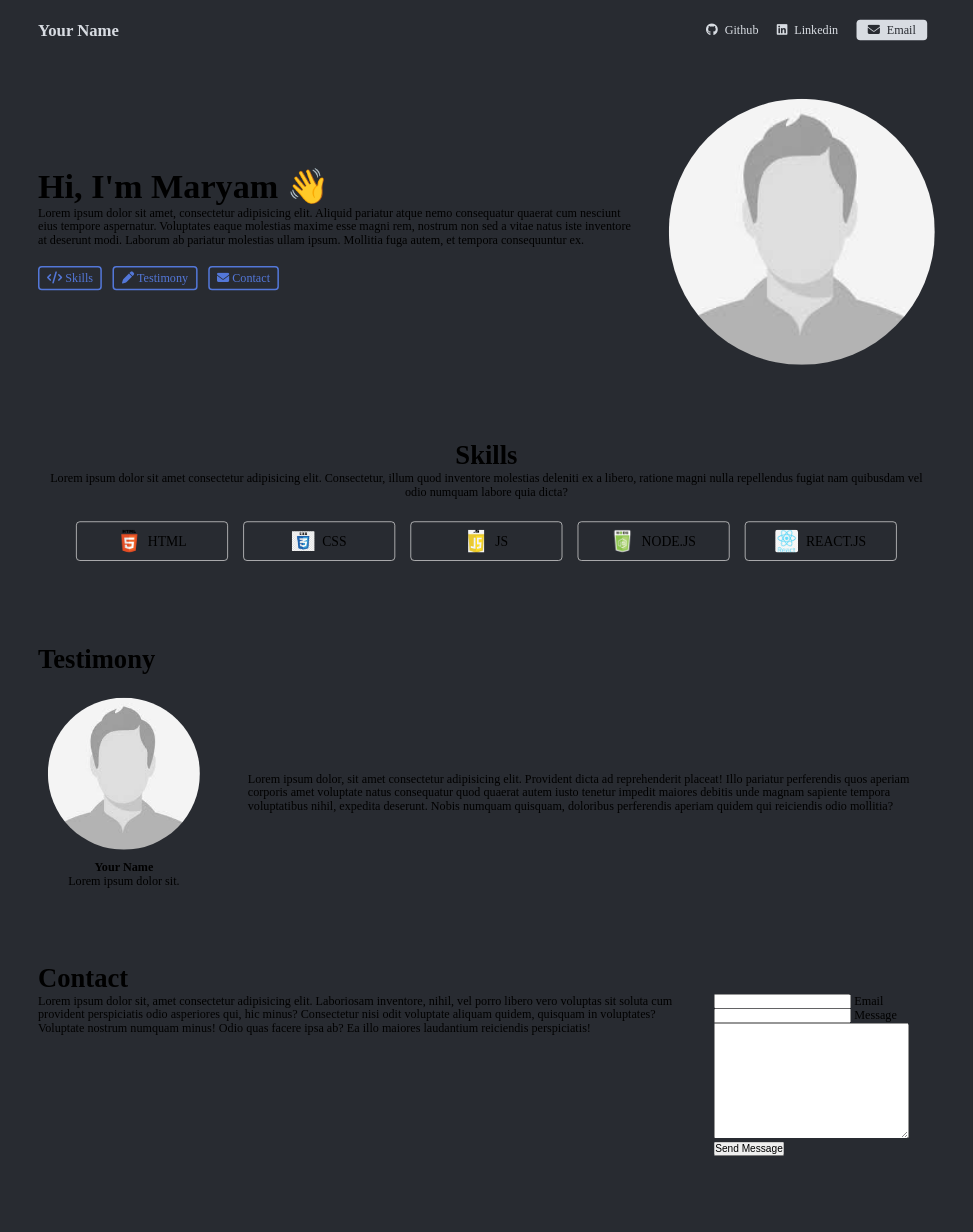
Repository: MaramMaryam/my-portfolio-test
Page: index.html
An editor plug-in stored every save of this project. The page is shown before and after a run of saves, followed by the edit.
The browser window is 1280 px wide. The pictures show the whole page, at 76% of full size.
Some web libraries are served in a nearby version.

Above is the page before, as saved 2024-09-20 19:30:23.

### index.html
<!DOCTYPE html>
<html lang="en">

<head>
    <meta charset="UTF-8">
    <meta name="viewport" content="width=device-width, initial-scale=1.0">

    <link rel="preconnect" href="https://fonts.googleapis.com">
    <link rel="preconnect" href="https://fonts.gstatic.com" crossorigin>
    <link
        href="https://fonts.googleapis.com/css2?family=Poppins:ital,wght@0,100;0,200;0,300;0,400;0,500;0,600;0,700;0,800;0,900;1,100;1,200;1,300;1,400;1,500;1,600;1,700;1,800;1,900&display=swap"
        rel="stylesheet">

    <link rel="stylesheet" href="https://cdnjs.cloudflare.com/ajax/libs/font-awesome/6.6.0/css/all.min.css"
        integrity="sha512-Kc323vGBEqzTmouAECnVceyQqyqdsSiqLQISBL29aUW4U/M7pSPA/gEUZQqv1cwx4OnYxTxve5UMg5GT6L4JJg=="
        crossorigin="anonymous" referrerpolicy="no-referrer" />

    <link rel="stylesheet" href="styles.css">
    <title>My Portfolio</title>
</head>

<body>
    <!--navbar-->
    <nav>
        <div class="left">
            <a href="/"> Your Name </a>
        </div>
        <div class="right">
            <a href="http://github.com" target="_blank" rel="">
                <i class="fa-brands fa-github"></i>
                <span>Github</span>
            </a>

            <a href="http://linkedin.com" target="_blank" rel="">
                <i class="fa-brands fa-linkedin"></i>
                <span>Linkedin</span>
            </a>

            <a href="mailto:example@gmail.com">
                <i class="fa-solid fa-envelope"></i>
                <span>Email</span>
            </a>
        </div>
    </nav>
    <main>
        <!--section1-->
        <section class="hero-section">
            <div class="text">
                <h2>Hi, I'm Maryam 👋</h2>
                <p>Lorem ipsum dolor sit amet, consectetur adipisicing elit.
                    Aliquid pariatur atque nemo consequatur quaerat cum nesciunt eius tempore aspernatur.
                     Voluptates eaque molestias maxime esse magni rem, nostrum non sed a vitae natus iste inventore at deserunt modi.
                    Laborum ab pariatur molestias ullam ipsum.
                    Mollitia fuga autem, et tempora consequuntur ex.</p>

                    <div class="links">
                        <a href="#skills">
                            <i class="fa-solid fa-code"></i>
                            <span>Skills</span>
                        </a>
                        <a href="#testimony">
                            <i class="fa-solid fa-pen"></i>
                            <span>Testimony</span>
                        </a>
                        <a href="#contact">
                            <i class="fa-solid fa-envelope"></i>
                            <span>Contact</span>
                        </a>
                    </div>
            </div>
            <div class="headshot">
                <img src="images/headshot.jfif" alt="">
            </div>
        </section>
        <!--section2: skills-->
        <section id="skills" class="skills-section">
            <h2>Skills</h2>
            <div class="text">
                Lorem ipsum dolor sit amet consectetur adipisicing elit. Consectetur,
                illum quod inventore molestias deleniti ex a libero,
                ratione magni nulla repellendus fugiat nam quibusdam vel odio numquam labore quia dicta?
            </div>

            <div class="cells">
                <div class="cell">
                    <img src="images/HTML5.webp" alt="HTML5 logo">
                    <span>HTML</span>
                </div>

                <div class="cell">
                    <img src="images/css.webp" alt="css logo">
                    <span>CSS</span>
                </div>

                <div class="cell">
                    <img src="images/js.webp" alt="js logo">
                    <span>JS</span>
                </div>

                <div class="cell">
                    <img src="images/node.webp" alt="node logo">
                    <span>NODE.JS</span>
                </div>

                <div class="cell">
                    <img src="images/react.webp" alt="react logo">
                    <span>REACT.JS</span>
                </div>
            </div>
        </section>
        <!--section3: testimony-->
        <section id="testimony" class="testimony-section">
            <h2>Testimony</h2>
            <div class="group">
                <div class="person-details">
                    <img src="images/headshot.jfif" alt="">
                    <p>Your Name</p>
                    <p>Lorem ipsum dolor sit.</p>
                </div>
                <div class="text">
                    Lorem ipsum dolor, sit amet consectetur adipisicing elit. Provident dicta ad
                    reprehenderit placeat! Illo pariatur perferendis quos aperiam corporis amet voluptate
                    natus consequatur quod quaerat autem iusto tenetur impedit maiores debitis unde magnam
                    sapiente tempora voluptatibus nihil, expedita deserunt.
                    Nobis numquam quisquam, doloribus perferendis aperiam quidem qui reiciendis odio mollitia?
                </div>
            </div>
        </section>
        <!--section4: contact-->
        <section id="contact" class="contact-section">
            <h2>Contact</h2>
            <div class="group">
                <div class="text">
                    Lorem ipsum dolor sit, amet consectetur adipisicing elit.
                    Laboriosam inventore, nihil, vel porro libero vero voluptas sit soluta cum provident
                    perspiciatis odio asperiores qui, hic minus? Consectetur nisi odit voluptate aliquam quidem,
                     quisquam in voluptates? Voluptate nostrum numquam minus! Odio
                    quas facere ipsa ab? Ea illo maiores laudantium reiciendis perspiciatis!
                </div>

                <form action="">
                    <label for="name"></label>
                    <input type="text" id="name">

                    <label for="email">Email</label>
                    <input type="email" id="email">

                    <label for="message">Message</label>
                    <textarea name="" id="message" cols="30" rows="10"></textarea>

                    <button type="submit">Send Message</button>
                </form>
            </div>
        </section>
    </main>
</body>

</html>

### styles.css
:root {
  --text-color: #d8dce2;
  --link-color: #5377d8;
  --background-color: #282b31;
}
* {
  margin: 0;
  padding: 0;
  box-sizing: border-box;
}
html {
  scroll-behavior: smooth;
}
body {
  font-family: "Poppins" sans-serif;
  background-color: var(--background-color);
}
a {
  color: var(--link-color);
  text-decoration: none;
}

/* NAVBAR */
nav {
  display: flex;
  justify-content: space-between;
  padding: 0 50px;
  height: 80px;
  align-items: center;
}
nav .left a {
  color: var(--text-color);
  font-size: 22px;
  font-weight: 600;
}
nav .right a {
  color: var(--text-color);
  margin: 0 10px;
}
nav .right a:last-child {
  color: var(--background-color);
  background-color: var(--text-color);
  padding: 5px 15px;
  border-radius: 5px;
}
nav .right a span {
  margin-left: 5px;
}
/* SECTION 1: HERO */
.hero-section {
  display: flex;
  justify-content: space-between;
  align-items: center;
  padding: 0 50px;
  margin: 50px 0;
  gap: 40px;
  margin-bottom: 100px;
}
.hero-section .text {
  flex: 5;
}
.hero-section .text h2 {
  font-size: 45px;
}
.hero-section .text .links {
  margin-top: 25px;
}
.hero-section .text .links a {
  display: inline-block;
  padding: 5px 10px;
  border: 2px solid var(--link-color);
  border-radius: 5px;
  margin-right: 10px;
  margin-bottom: 10px;
  transition: 0.1s;
}
.hero-section .text .links a:hover {
  color: var(--text-color);
  border: 2px solid var(--text-color);
}
.hero-section .headshot {
  flex: 2;
  display: flex;
  justify-content: right;
}
.hero-section .headshot img {
  border-radius: 50%;
  width: 350px;
}

/* SECTION 2:Skills */
.skills-section {
  padding: 0 50px;
  margin-bottom: 100px;
}

.skills-section h2 {
  text-align: center;
  font-size: 35px;
}
.skills-section .text {
  text-align: center;
  margin-bottom: 20px;
}
.skills-section .cells {
  display: flex;
  justify-content: center;
  flex-wrap: wrap;
}
.skills-section .cells .cell {
  display: flex;
  justify-content: center;
  align-items: center;
  gap: 10px;
  width: 200px;
  padding: 10px 20px;
  margin: 10px;
  border: 1.5px solid #d3d3d3;
  border-radius: 5px;
}
.skills-section .cells .cell img {
  width: 30px;
  height: 30px;
  object-fit: contain;
  border-radius: 3px;
}
.skills-section .cells .cell span {
  font-size: 18px;
}

/* SECTION 3: Testimony  */
.testimony-section {
  padding: 0 50px;
  margin-bottom: 100px;
}
.testimony-section h2 {
  font-size: 35px;
  margin-bottom: 30px;
}
.testimony-section .group {
    display: flex;
    align-items: center;
    gap: 50px;
}
.testimony-section .group .person-details {
    text-align: center;
    flex: 2;
}
.testimony-section .group .person-details img {
    width: 200px;
    aspect-ratio: 1/1;
    object-fit: cover;
    border-radius: 50%;
    margin-bottom: 10px;
}
.testimony-section .group .person-details p {
    font-weight: 600;
}
.testimony-section .group .person-details p:last-child {
    font-weight: normal;
}

.testimony-section .group  .text {
    flex: 8;
}

  /* SECTION 4: Contact */
  .contact-section {
    padding: 0 50px;
    margin-bottom: 100px;
  }
  .contact-section h2 {
    font-size: 35px;
  }
  .contact-section .group {
    display: flex;
    gap: 50px;
  }


@media (max-width: 850px) {
  /* SECTION1 : HERO*/
  .hero-section .text h2 {
    font-size: 35px;
  }
}

@media (max-width: 740px) {
  /* SECTION1 : HERO*/
  .hero-section {
    flex-direction: column-reverse;
  }
  .hero-section .headshot img {
    width: 300px;
  }
  /* SECTION 3: Testimony */
  .testimony-section {
    text-align: center;
  }
  .testimony-section .group {
    flex-direction: column;
  }
}

@media (max-width: 600px) {
  /* NAVBAR */
  nav {
    padding: 0 20px;
  }
  nav .right a {
    font-style: 22px;
  }
  nav .right a:last-child {
    color: var(--text-color);
    background-color: transparent;
    padding: 0;
  }
  nav .right a span {
    display: none;
  }

  /* SECTION1:HERO */
  .hero-section {
    padding: 0 20px;
  }
  .hero-section .text h2 {
    font-size: 30px;
  }
  /* SECTION2: Skills */

  .skills-section {
    padding: 0 20px;
  }
  .skills-section .cells .cell span {
    font-size: 16px;
  }
}

After the next 2 saves:
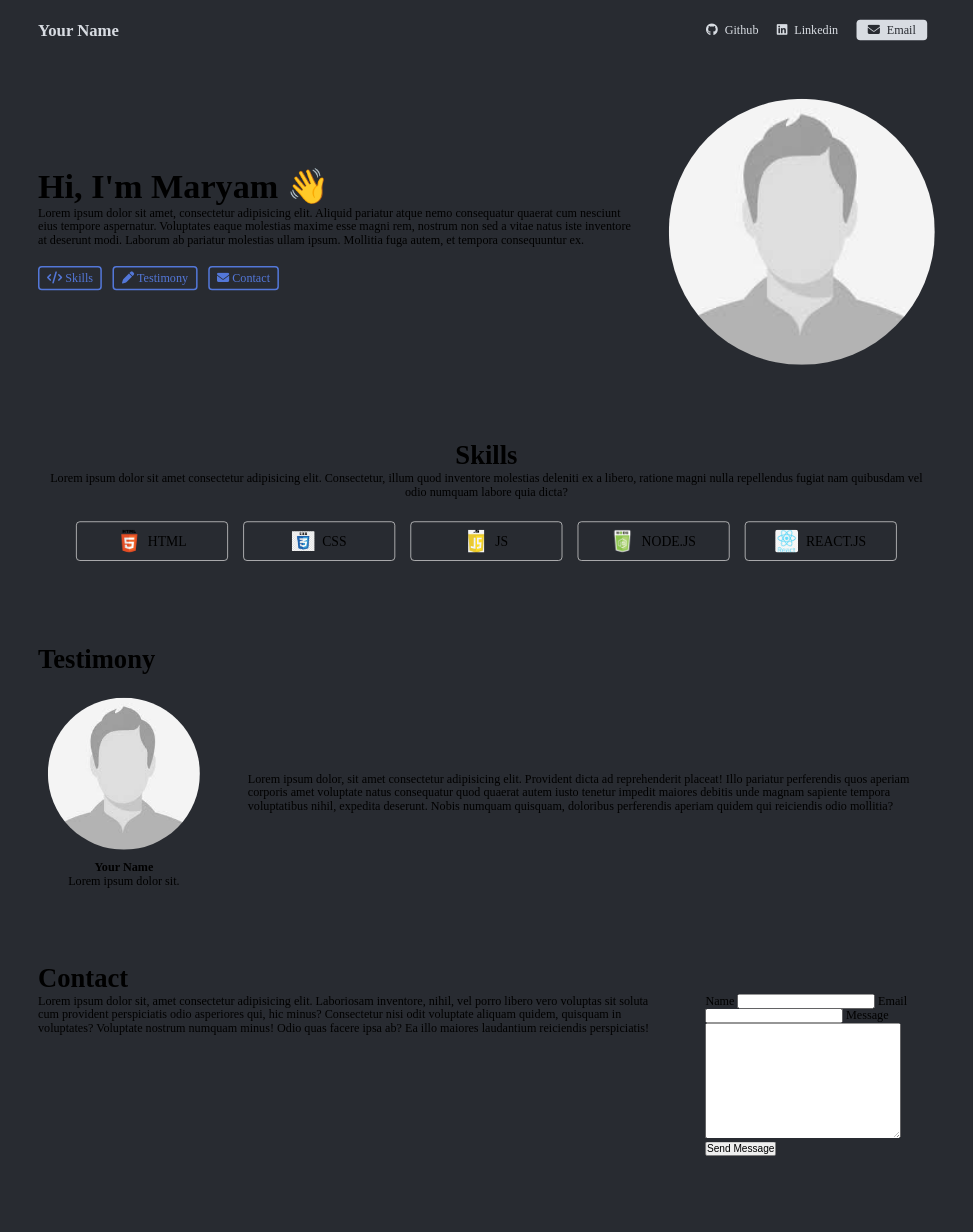
The 2 saves are shown as one change because they came seconds apart.
The last was saved 9 s later.
--- a/index.html
+++ b/index.html
@@ -139,7 +139,7 @@
                 </div>
 
                 <form action="">
-                    <label for="name"></label>
+                    <label for="name">Name</label>
                     <input type="text" id="name">
 
                     <label for="email">Email</label>
